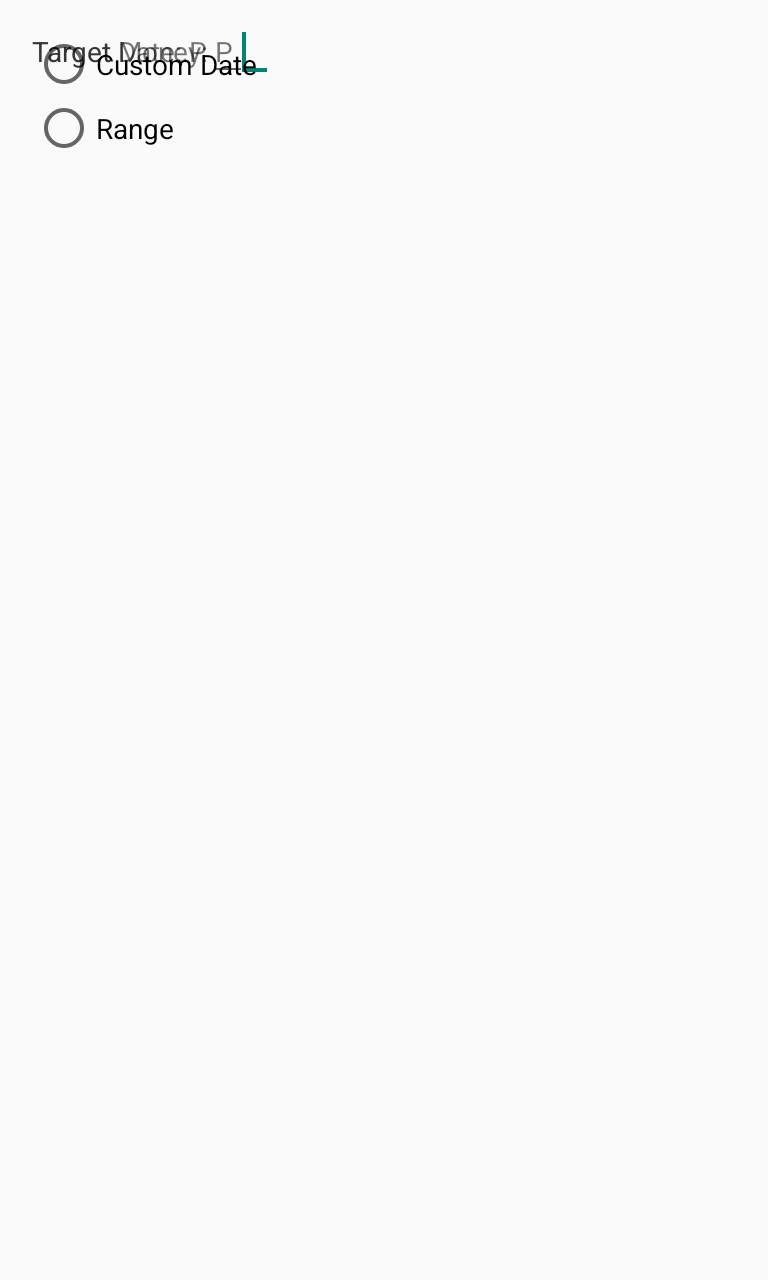
Repository: japheth-starita/SavingsApp
Layout: SavingsApp/res/layout/activity_preferences.xml
These files come from the project's save history. The layout is drawn as it stood at one moment and after the next save; the edit follows.
It is drawn on a 768 x 1280 px phone screen (xhdpi) without system bars, with theme AppTheme; the app's code is not run.

Above is the layout before, as saved 2016-01-30 08:38:52.

After the next save:
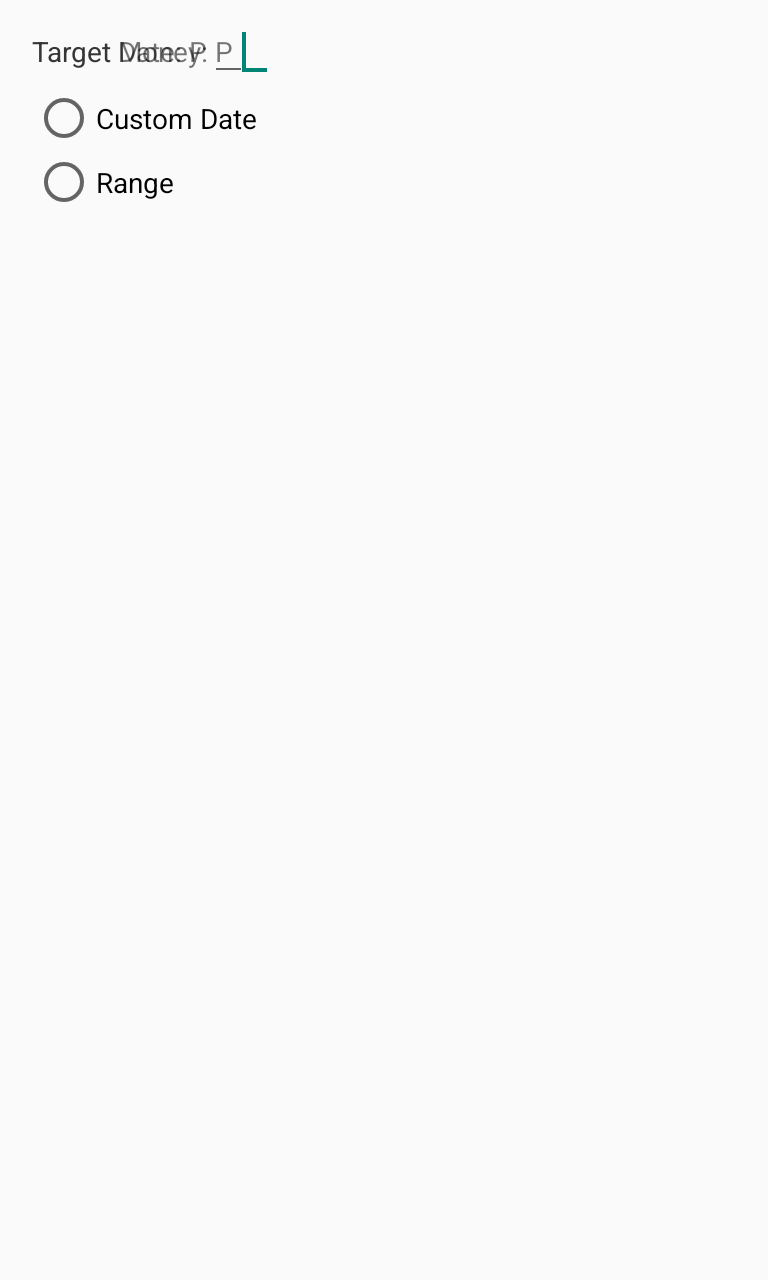
Saved 38 s later.
--- a/SavingsApp/res/layout/activity_preferences.xml
+++ b/SavingsApp/res/layout/activity_preferences.xml
@@ -44,7 +44,8 @@
     <RadioGroup
     android:layout_width="fill_parent"
     android:layout_height="wrap_content"
-    android:orientation="vertical">
+    android:orientation="vertical"
+    android:layout_below="@+id/txtTargetMoney">
     <RadioButton android:id="@+id/radio_pirates"
         android:layout_width="wrap_content"
         android:layout_height="wrap_content"
